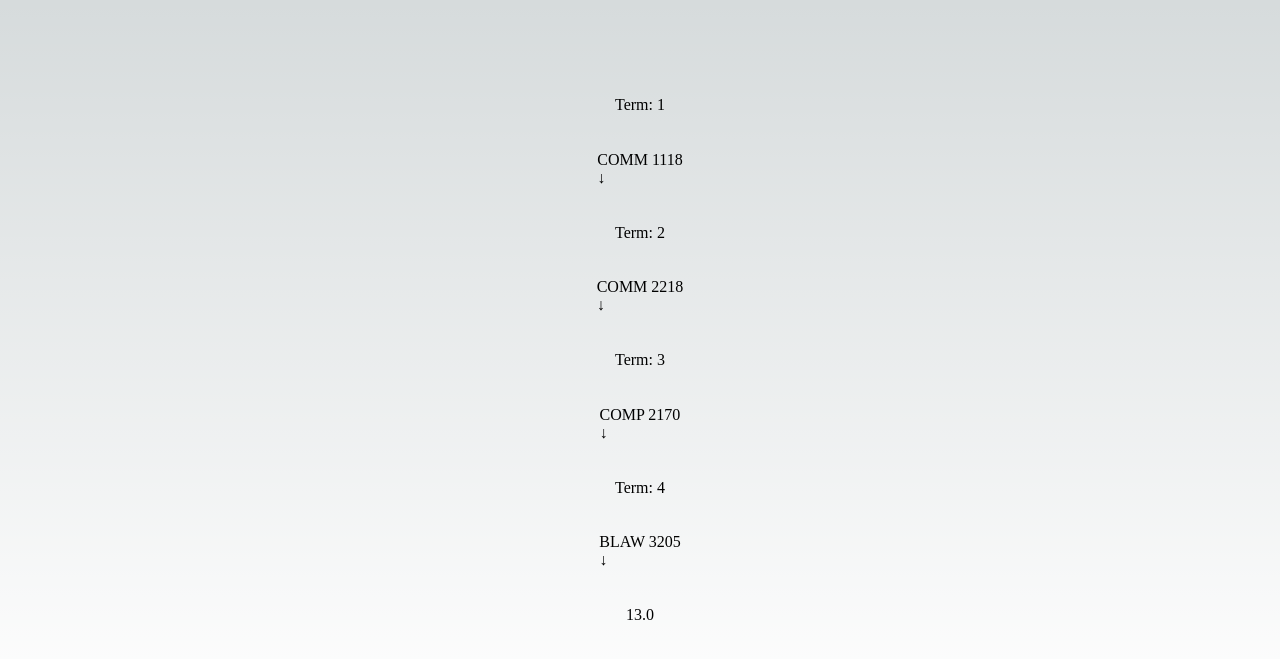
Repository: giovanabirck/env-accordion
Page: /
The author's editor kept a copy of each file at every save. The page is drawn from the files as they stood at one save, then again after a run of saves.
The browser window is 1280 px wide. The pictures show the whole page.
The project was rebuilt for these pictures with package versions that can differ from the ones it lists, and the page was loaded fresh each time. The framework's server and built-in components were replaced by stand-ins that run in the browser. Also part of the build but not shown: next.config.js.

Above is the page before, as saved 2023-03-30 14:07:18.

### pages/index.js
import Head from 'next/head'
import styles from '@/styles/Home.module.css'
import { useState, useEffect } from 'react'
import { matrix } from '../data/matrix.js'
import Accordion from '@/components/Accordion/index.js'


export default function Home() {

  const [totalCredits, setTotalCredits] = useState(0);

  const [data, setData] = useState([...matrix.courses]);

  useEffect(() => {
    var x = 0;

    data.map((i) => {
      x += i.credits
    })
    setTotalCredits(x);

  }, [])


  return (
    <>

      <Head>
        <title>Create Next App</title>
        <meta name="description" content="Generated by create next app" />
        <meta name="viewport" content="width=device-width, initial-scale=1" />
        <link rel="icon" href="/favicon.ico" />
      </Head>

      <main className={styles.main}>

        {data && data.map((info, index) => {
          return(
            <Accordion  key={index}
                        term={info.term}
                        code={info.code}
                        />

          )
        })}


        {totalCredits.toFixed(1)}

      </main>

    </>
  )
}

### data/matrix.js
export const matrix = {
    courses: [
        {
            term: 1,
            code: "COMM 1118",
            title: "Communication for Digital Design and Development 1",
            credits: 3.0,
            description: "Description 1.."
        },
        {
            term: 2,
            code: "COMM 2218",
            title: "Communication for Digital Design and Development 2",
            credits: 4.0,
            description: "Description 2.."
        },
        {
            term: 3,
            code: "COMP 2170",
            title: "Frontend Web Development 2",
            credits: 3.0,
            description: "Description 3.."
        },
        {
            term: 4,
            code: "BLAW 3205",
            title: "Internet and IT Law",
            credits: 3.0,
            description: "Description 4.."
        }
    ]
}

### components/Accordion/index.js
import { useState } from "react";

export default function Accordion({
    term, code, title, credits, description
}) {

    const [isActive, setIsActive] = useState(false);

    return(
        <>
            Term: {term}
            <div onClick={() => setIsActive(!isActive)}>
                {code}
                {title}
                {credits}
                <div>{isActive ? "↑" : "↓"}</div>
            </div>

            {isActive && <div>{description}</div>}
        </>
    )
}

Loaded but not shown: pages/_app.js (common file); pages/_document.js (common file); styles/globals.css (common file); styles/Home.module.css (common file)

After the next 3 saves:
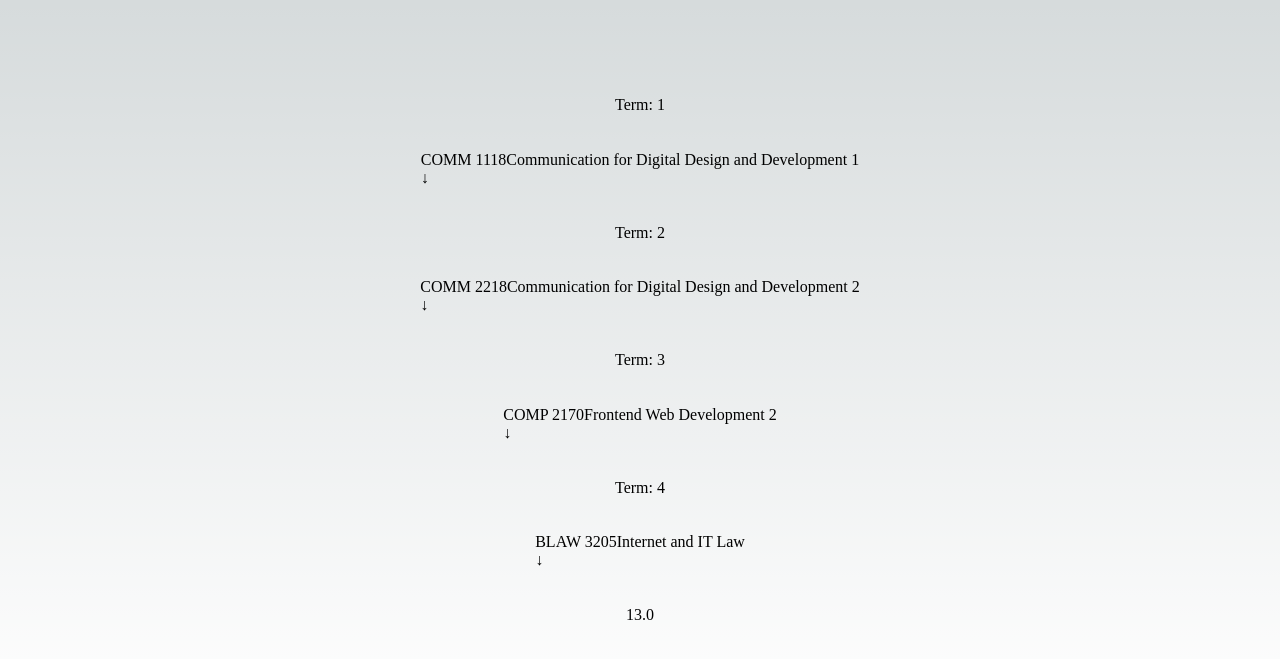
The 3 saves are shown as one change because 1 did not build or start and some came seconds apart.
The last was saved 13 s later.
--- a/pages/index.js
+++ b/pages/index.js
@@ -39,6 +39,8 @@ export default function Home() {
             <Accordion  key={index}
                         term={info.term}
                         code={info.code}
+                        title={info.title}
+
                         />
 
           )
